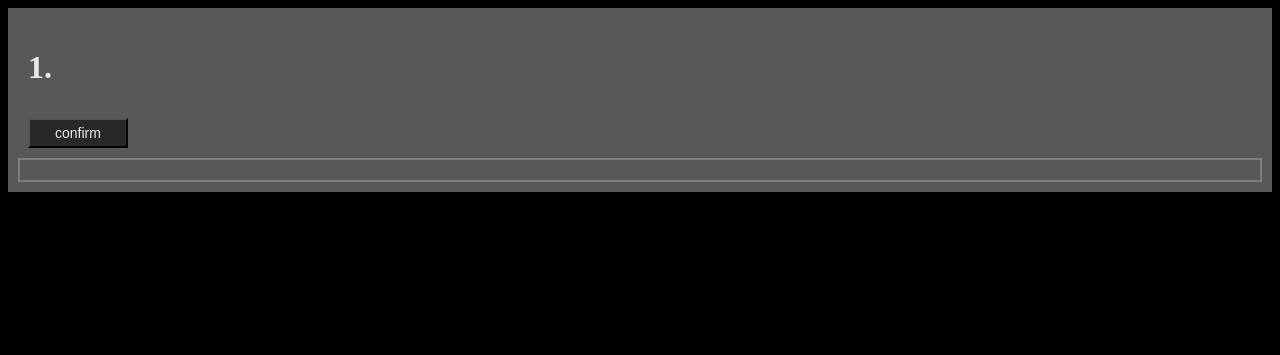
Repository: prawniel99/05_JQuery
Page: workspace/jqpro/WebContent/비동기5_fetch.html/postTest.html
The author's editor kept a copy of each file at every save. The page is drawn from the files as they stood at one save, then again after the next save.
The browser window is 1280 px wide. The pictures show the whole page.

Above is the page before, as saved 2024-08-23 03:44:23.

After the next save:
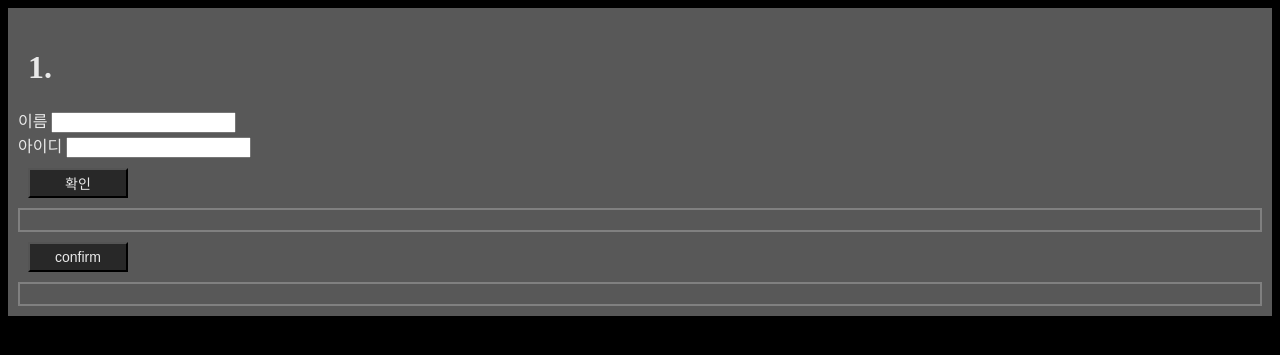
Saved 50 s later.
--- a/workspace/jqpro/WebContent/비동기5_fetch.html/postTest.html
+++ b/workspace/jqpro/WebContent/비동기5_fetch.html/postTest.html
@@ -25,6 +25,14 @@
 			1.
         </h1>
 
+        <form name="ff">
+        	이름 <input type="text" name="name" id="name"><br>
+        	아이디 <input type="text" name="id" id="id"><br>
+        	<input type="button" value="확인" id="btn1">
+        </form>
+
+        <div id="result1"></div>
+
         <input type="button" value="confirm" onclick="proc1()">
         <div id="result1"></div>
 
